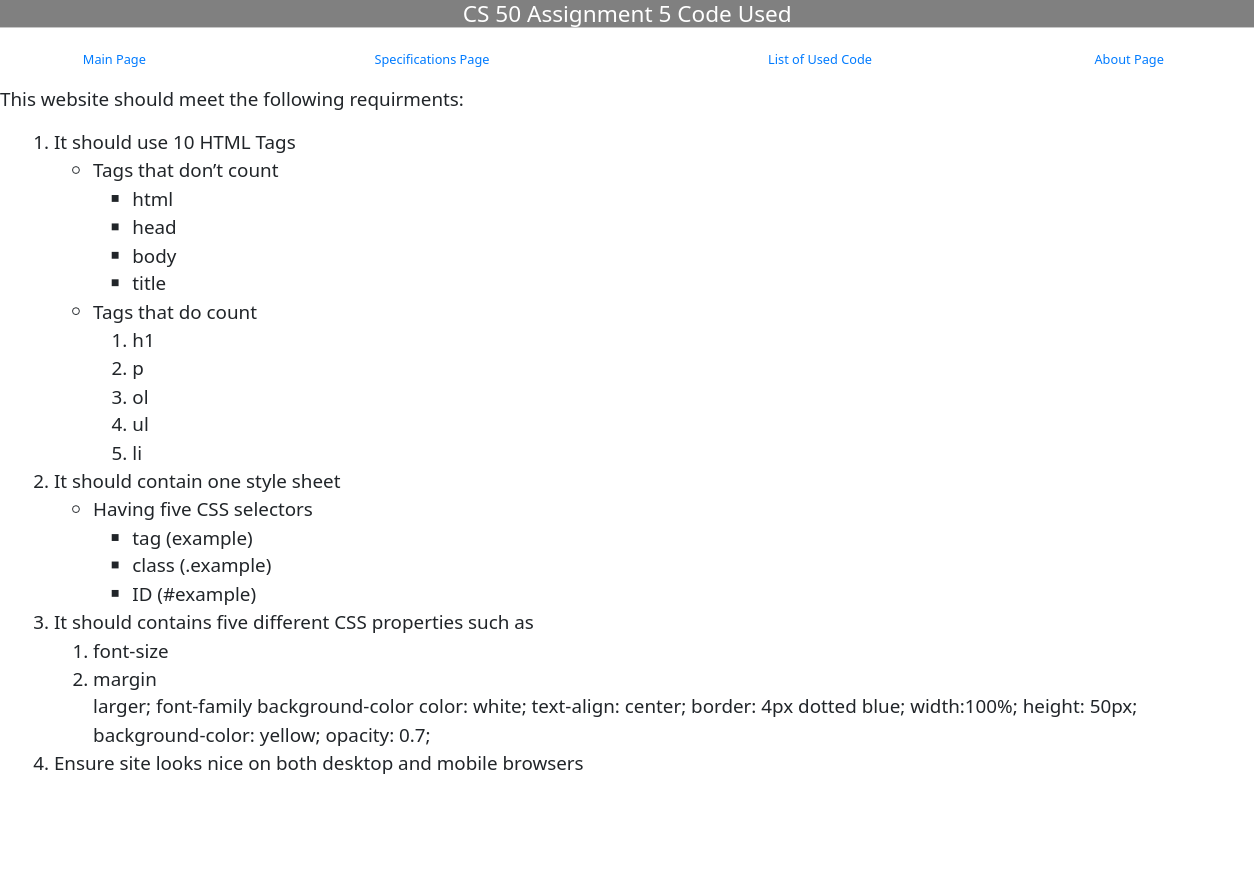
Repository: RSchwinn/cs50
Page: workspace/pset5/homepage/add.html
The author's editor kept a record of every edit. The page is drawn from the files as they stood at one moment, then again after the next edit.
The browser window is 1280 px wide. The pictures show the whole page, at 98% of full size.

Above is the page before.

After the next edit:
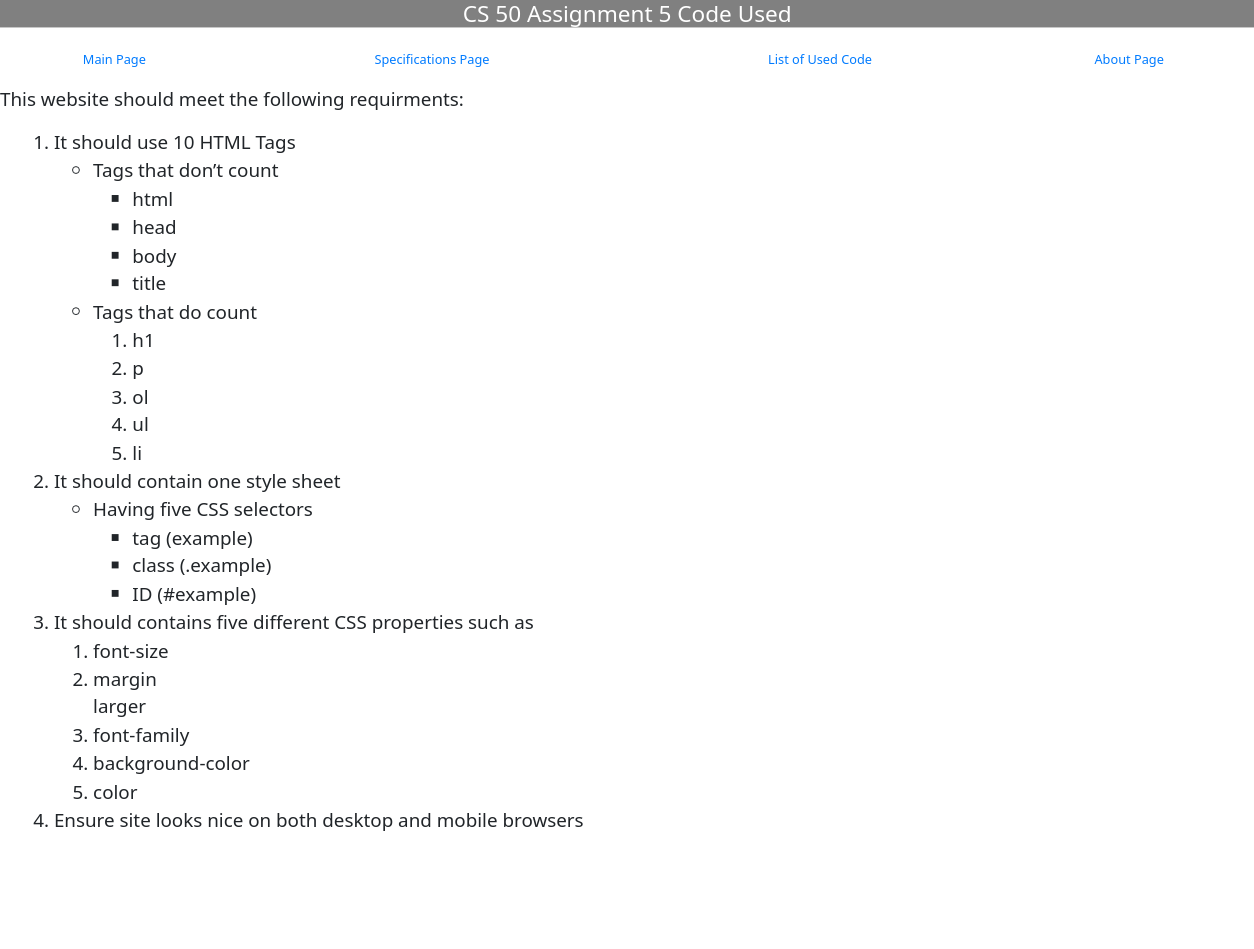
The edit:
--- a/workspace/pset5/homepage/add.html
+++ b/workspace/pset5/homepage/add.html
@@ -60,18 +60,10 @@
                     <ol>
                         <li> font-size </li>
                         <li> margin </li>
-                        larger;
-    font-family
-    background-color
-    color: white;
-
-    text-align: center;
-    border: 4px dotted blue;
-
-    width:100%;
-    height: 50px;
-    background-color: yellow;
-    opacity: 0.7;
+                        larger </li>
+     <li> font-family </li>
+     <li> background-color </li>
+     <li> color </li>
                     </ol>
                 </li>
                 <li>
